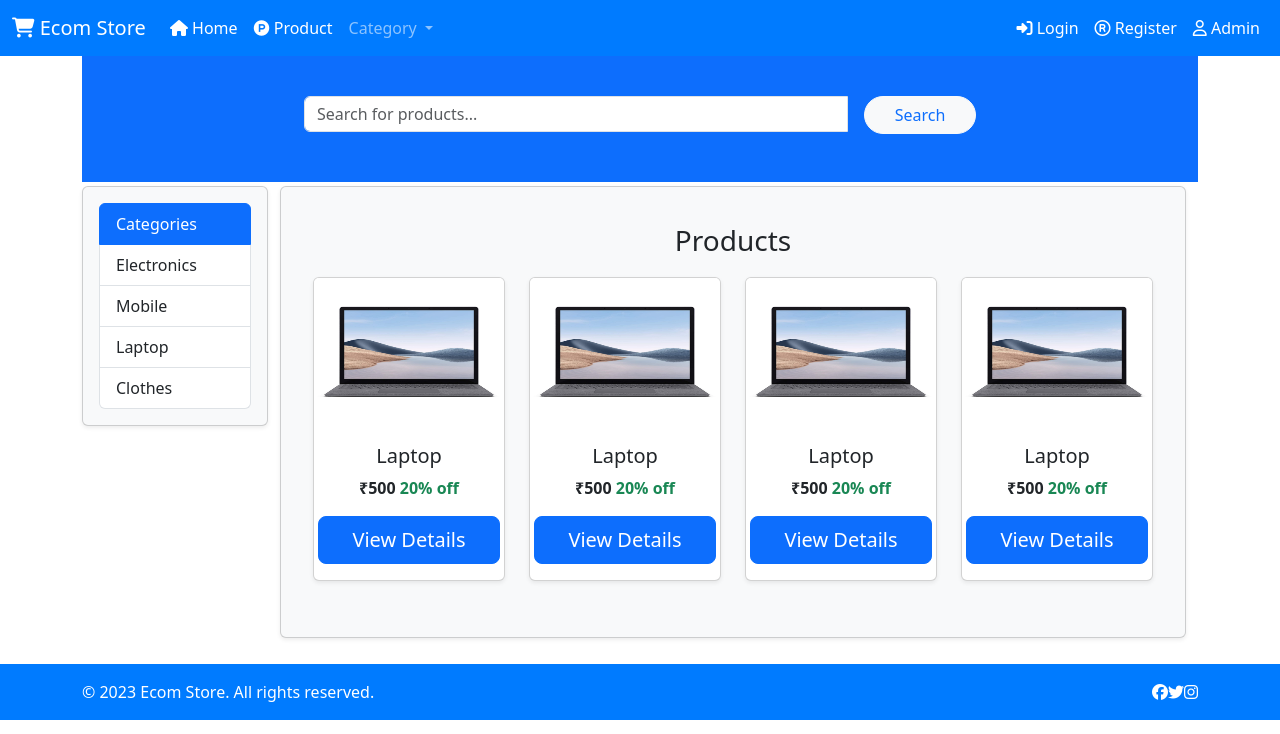
Repository: Deva-bot/EcomProject
Page: http://localhost/product
The author's editor kept a copy of each file at every save. The page is drawn from the files as they stood at one save, then again after the next save.
The browser window is 1280 px wide. The pictures show the whole page.
The page is this project's Thymeleaf template; nobody is signed in. The template is opened directly, without the code that normally fills it, so the values that code supplies are empty.

Above is the page before, as saved 2024-07-13 03:13:51.

After the next save:
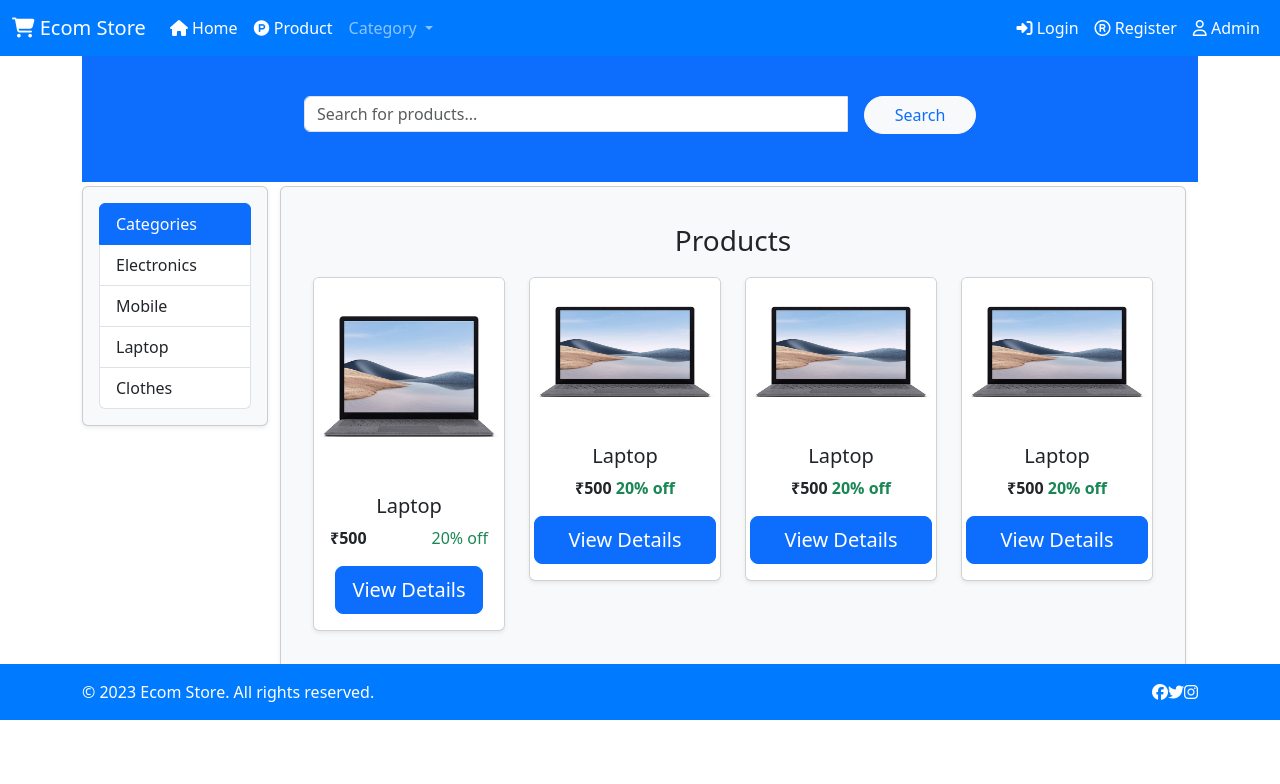
Saved 117 s later.
--- a/Shopping_Cart/src/main/resources/templates/product.html
+++ b/Shopping_Cart/src/main/resources/templates/product.html
@@ -43,18 +43,23 @@
 							<p class="fs-3 text-center">Products</p>
 							<div class="row">
 								<div class="col-md-3 mb-4">
-									<div class="card shadow-sm">
-										<img src="img/product_img/laptop.jpg" class="card-img-top" alt="Laptop"
-											height="150px">
-										<div class="card-body">
-											<h5 class="card-title text-center">Laptop</h5>
-											<div class="row text-center">
-												<p class="fs-6 fw-bold">₹500 <span class="fs-6 text-success">20%
-														off</span></p>
-												<a href="/viewproduct" class="btn btn-primary btn-lg">View Details</a>
-											</div>
-										</div>
-									</div>
+								  <div class="card shadow-sm product-card">
+								    <img src="img/product_img/laptop.jpg" class="card-img-top" alt="Laptop" height="200px">
+								    <div class="card-body">
+								      <h5 class="card-title text-center">Laptop</h5>
+								      <div class="row">
+								        <div class="col-6 text-start">
+								          <p class="fs-6 fw-bold">₹500</p>
+								        </div>
+								        <div class="col-6 text-end">
+								          <p class="fs-6 text-success">20% off</p>
+								        </div>
+								      </div>
+								      <div class="text-center">
+								        <a href="/viewProduct" class="btn btn-primary btn-lg">View Details</a>
+								      </div>
+								    </div>
+								  </div>
 								</div>
 								<div class="col-md-3 mb-4">
 									<div class="card shadow-sm">

After the save that followed:
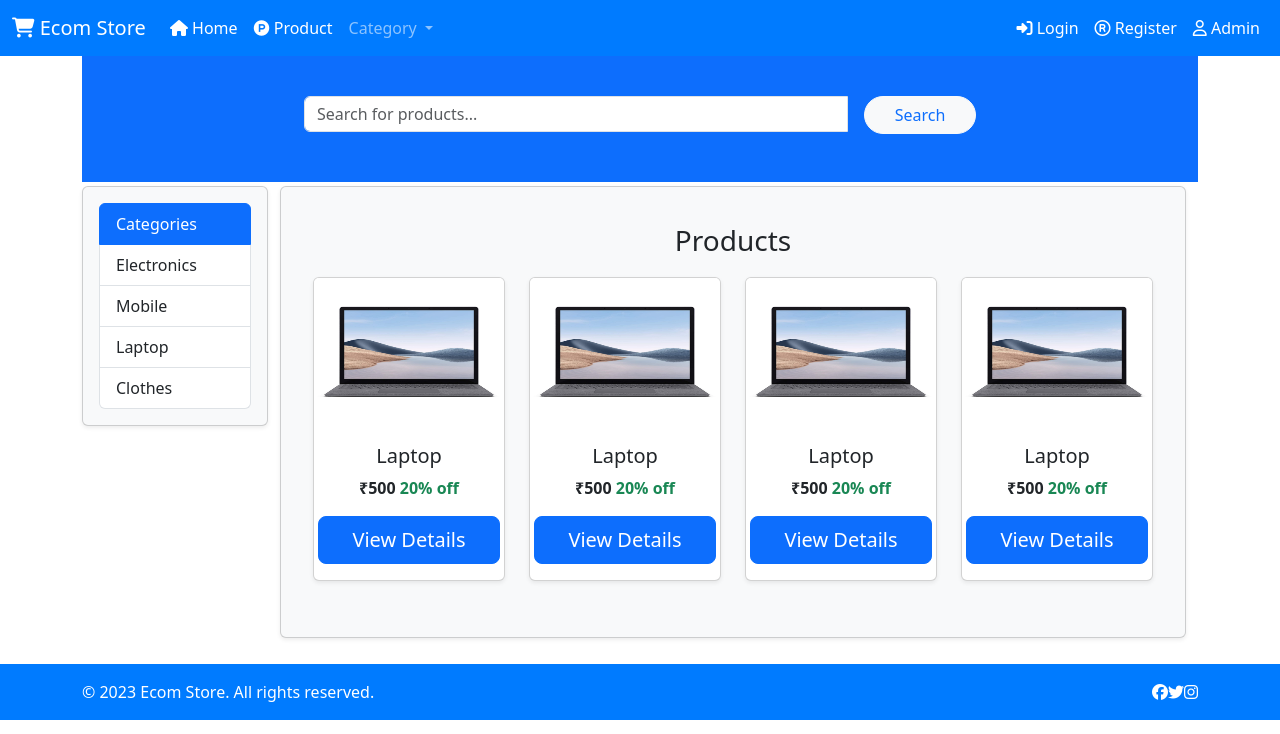
Saved 14 s later.
--- a/Shopping_Cart/src/main/resources/templates/product.html
+++ b/Shopping_Cart/src/main/resources/templates/product.html
@@ -43,23 +43,18 @@
 							<p class="fs-3 text-center">Products</p>
 							<div class="row">
 								<div class="col-md-3 mb-4">
-								  <div class="card shadow-sm product-card">
-								    <img src="img/product_img/laptop.jpg" class="card-img-top" alt="Laptop" height="200px">
-								    <div class="card-body">
-								      <h5 class="card-title text-center">Laptop</h5>
-								      <div class="row">
-								        <div class="col-6 text-start">
-								          <p class="fs-6 fw-bold">₹500</p>
-								        </div>
-								        <div class="col-6 text-end">
-								          <p class="fs-6 text-success">20% off</p>
-								        </div>
-								      </div>
-								      <div class="text-center">
-								        <a href="/viewProduct" class="btn btn-primary btn-lg">View Details</a>
-								      </div>
-								    </div>
-								  </div>
+									<div class="card shadow-sm">
+										<img src="img/product_img/laptop.jpg" class="card-img-top" alt="Laptop"
+											height="150px">
+										<div class="card-body">
+											<h5 class="card-title text-center">Laptop</h5>
+											<div class="row text-center">
+												<p class="fs-6 fw-bold">₹500 <span class="fs-6 text-success">20%
+														off</span></p>
+												<a href="/viewproduct" class="btn btn-primary btn-lg">View Details</a>
+											</div>
+										</div>
+									</div>
 								</div>
 								<div class="col-md-3 mb-4">
 									<div class="card shadow-sm">
